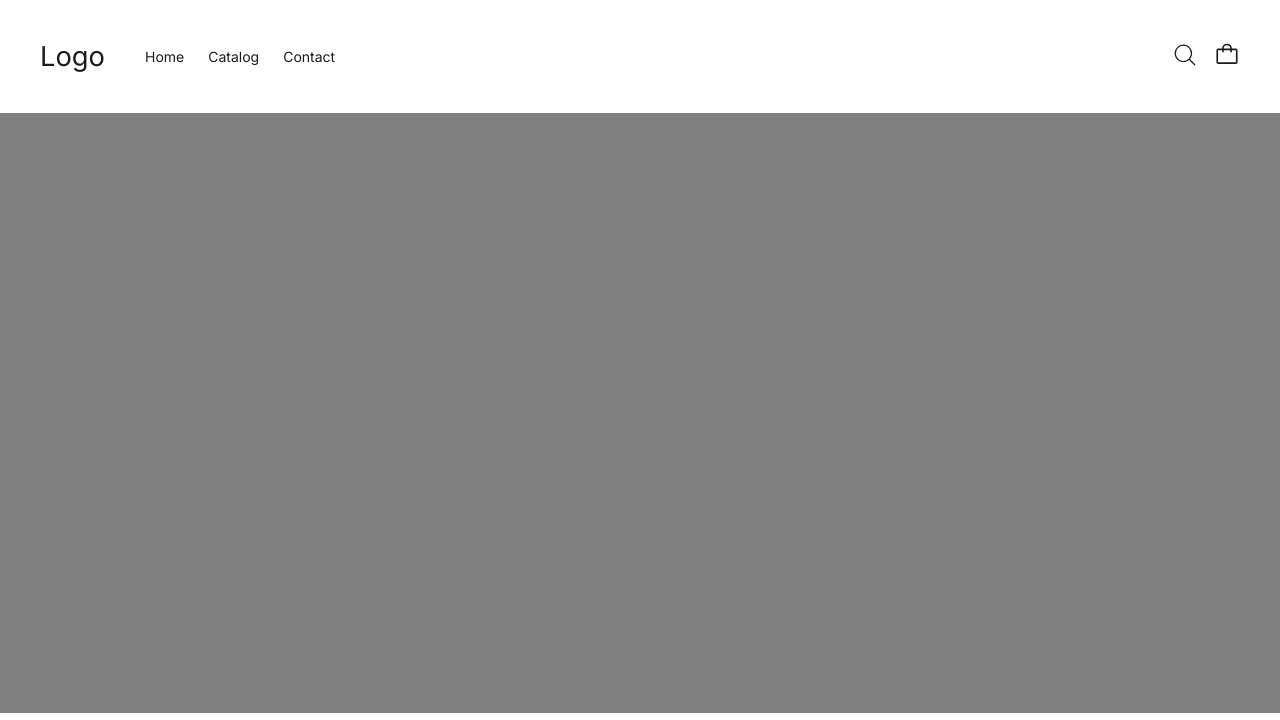
Repository: David-Waite/ecommercefrontendTemplate
Page: /
These files come from the project's save history. The page is drawn as it stood at one moment and after the next save; the edit follows.
The browser window is 1280 px wide. The pictures show the whole page.
The project was rebuilt for these pictures with package versions that can differ from the ones it lists, and the page was loaded fresh each time. The framework's server and built-in components were replaced by stand-ins that run in the browser. Also part of the build but not shown: next.config.js.

Above is the page before, as saved 2023-08-24 19:15:30.

After the next save:
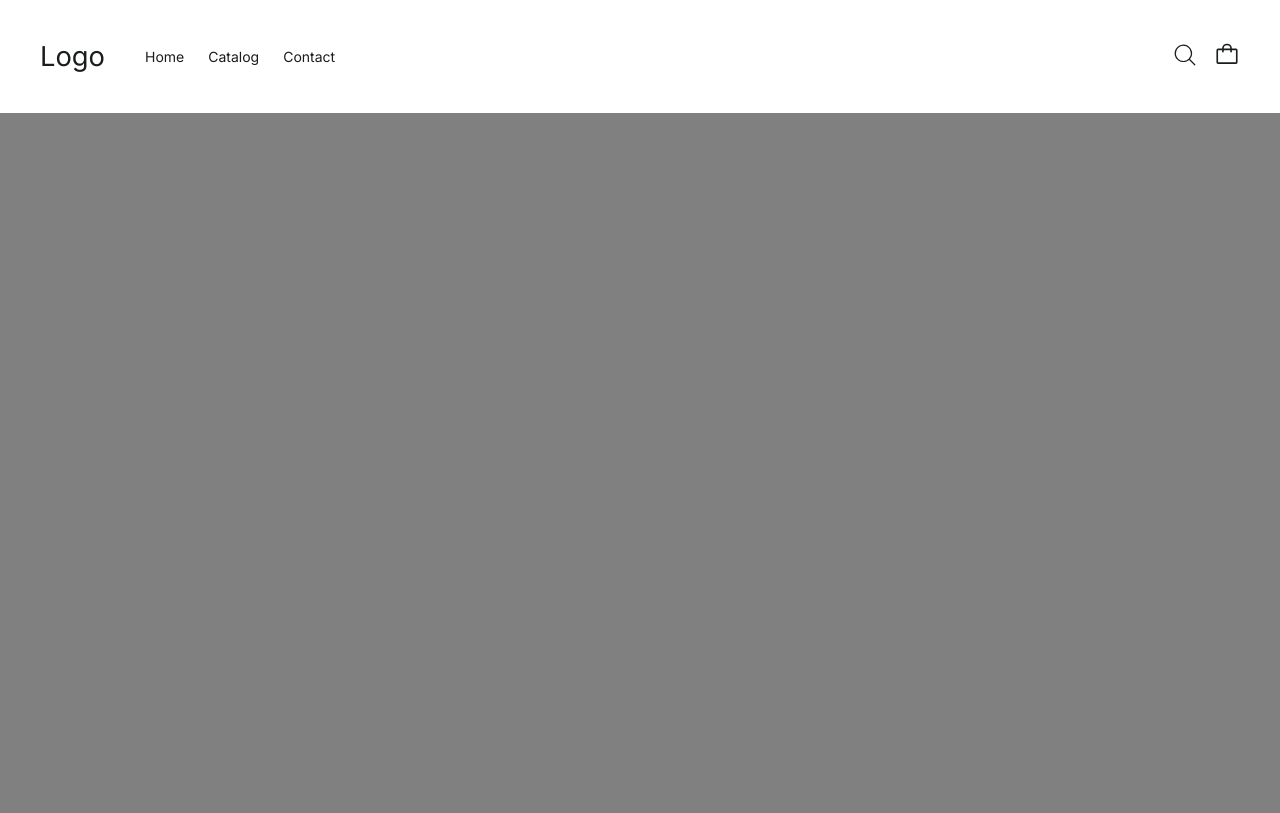
Saved 7 s later.
--- a/app/page.module.css
+++ b/app/page.module.css
@@ -1,5 +1,5 @@
 .heroImage {
   width: 100%;
-  height: 600px;
+  height: 700px;
   background-color: grey;
 }

After the save that followed:
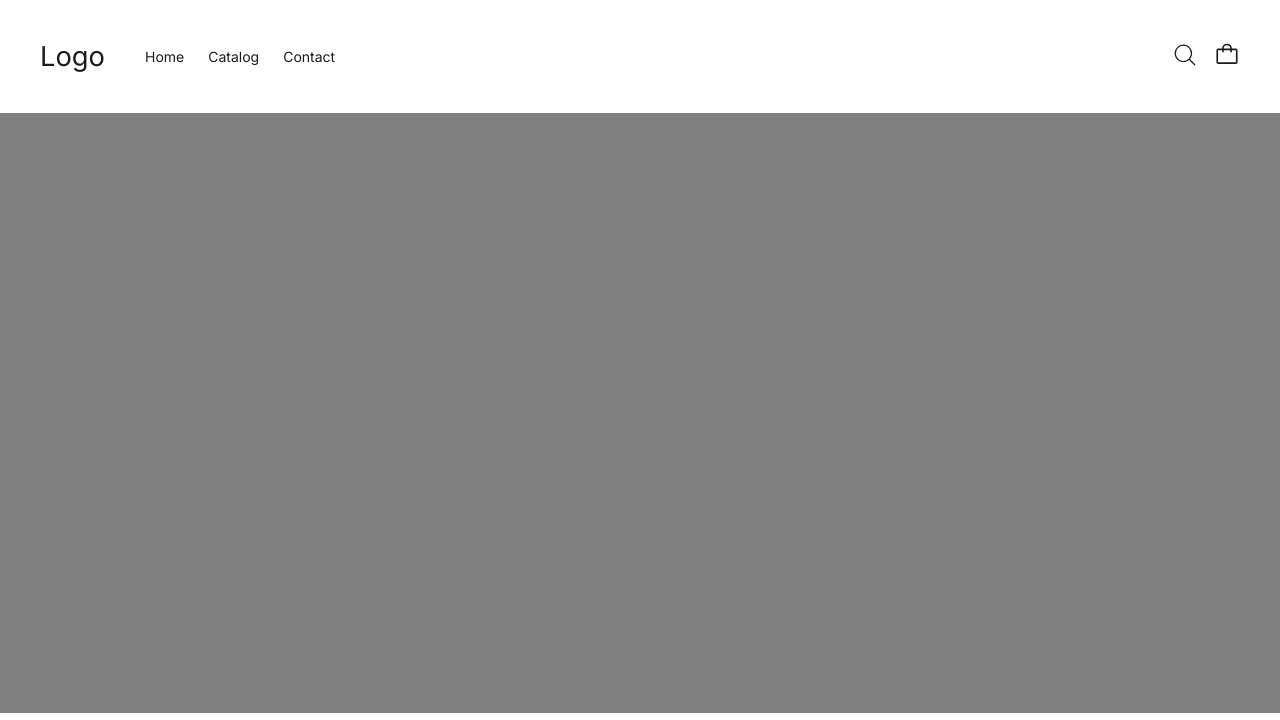
Saved 4 s later.
--- a/app/page.module.css
+++ b/app/page.module.css
@@ -1,5 +1,5 @@
 .heroImage {
   width: 100%;
-  height: 700px;
+  height: 600px;
   background-color: grey;
 }
